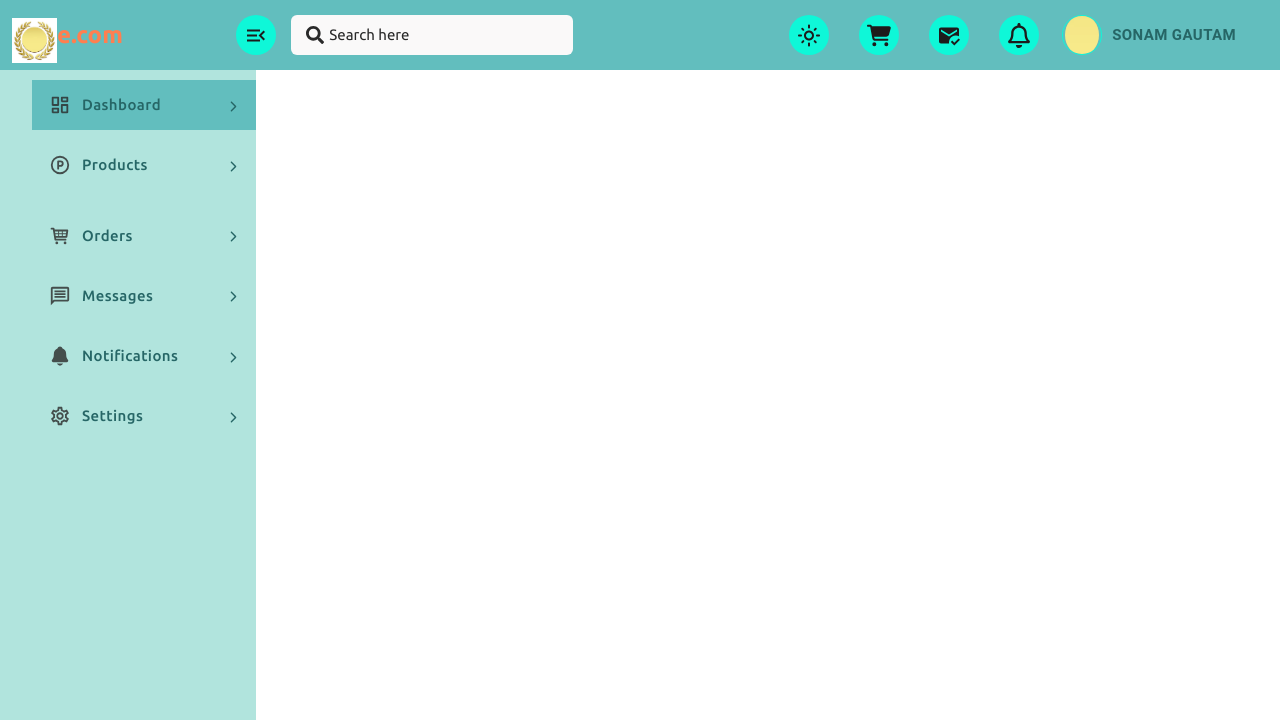
Repository: gautamsonam011/admin-react-dashboard
Page: /
The author's editor kept a copy of each file at every save. The page is drawn from the files as they stood at one save, then again after the next save.
The browser window is 1280 px wide. The pictures show the whole page.
The project was rebuilt for these pictures with package versions that can differ from the ones it lists, and the page was loaded fresh each time.

Above is the page before, as saved 2025-04-15 16:37:59.

After the next save:
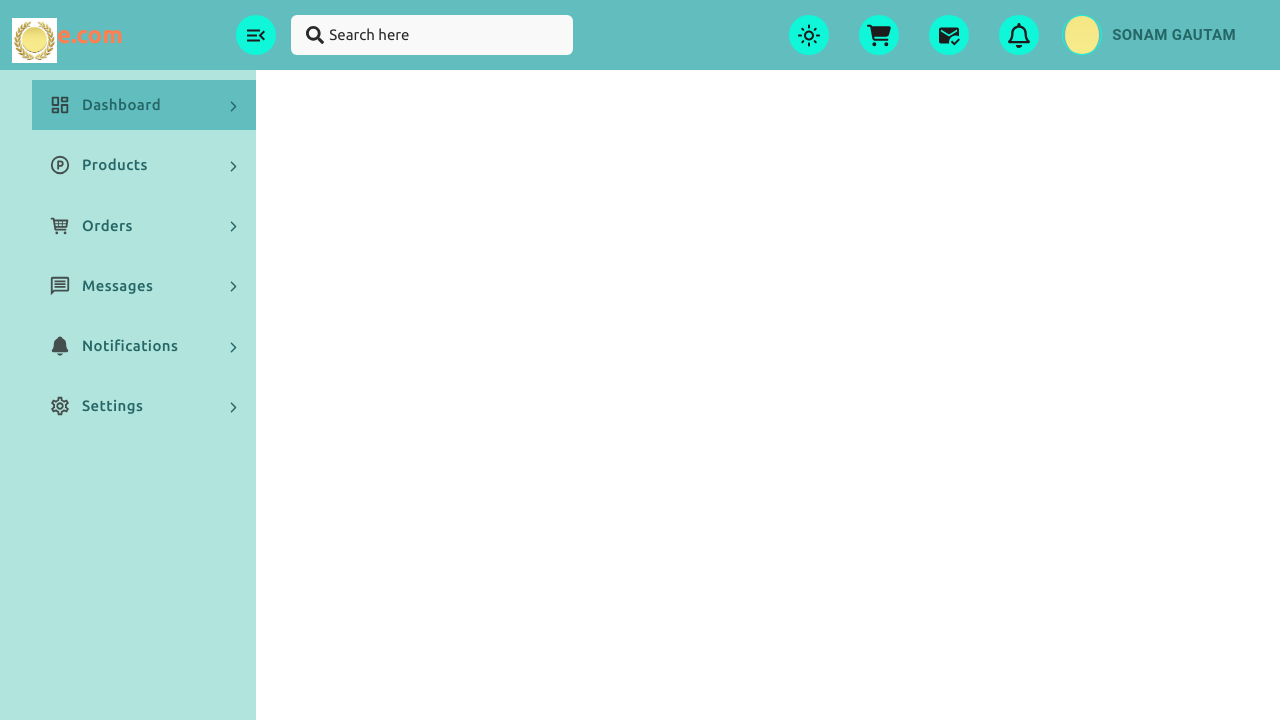
Saved 54 s later.
--- a/src/App.css
+++ b/src/App.css
@@ -76,8 +76,8 @@ header button.rounded-circle:hover svg{color: #2585d4 !important;}
 display: block; padding: 6px 0px; font-size: 14px !important; font-weight: 500; transition:all 0.3s}
 .main .sidebarWrapper .sidebar ul .submenu li a:hover{color:#2585d4 !important;}
 
-.main .sidebarWrapper .sidebar ul .submenuWrapper{transition:all 0.3s ease-in-out; height: 0px;}
+.main .sidebarWrapper .sidebar ul .submenuWrapper{transition:all 0.3s ease-in-out; height: 0px; overflow: hidden; }
 .main .sidebarWrapper .sidebar ul .submenuWrapper.colapsed .submenu{opacity:0;}
 
-.main .sidebarWrapper .sidebar ul .submenuWrapper.colapse{height:auto;}
+.main .sidebarWrapper .sidebar ul .submenuWrapper.colapse{height:auto; overflow: hidden;}
 .main .sidebarWrapper .sidebar ul .submenuWrapper.colapse .submenu{opacity:1; height:auto;}
